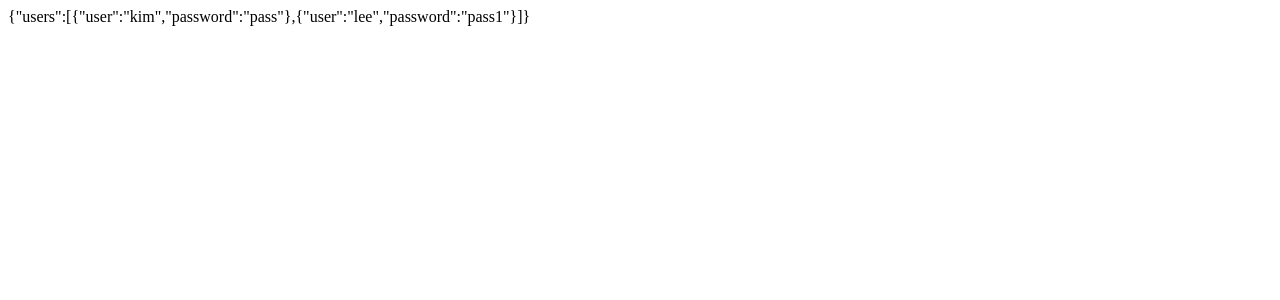
Repository: englibrary/ReadingBank
Page: http://localhost/UserAuthentification.php
The author's editor kept a copy of each file at every save. The page is drawn from the files as they stood at one save, then again after the next save.
The browser window is 1280 px wide. The pictures show the whole page.
The page is run by PHP 8.4 with error messages shown; the project is at /var/www/html/.

Above is the page before, as saved 2015-02-10 09:38:44.

### LoginHome/UserAuthentification.php
<?php

 //if($_GET){


		// $query = "SELECT first_name, last_name, gender, finish_time FROM runners order by finish_time ASC ";
		// $result = db_connection($query);

		$loginusers = array();

        array_push($loginusers, array('user' => 'kim', 'password' => 'pass'));
		array_push($loginusers, array('user' => 'lee', 'password' => 'pass1'));

		echo json_encode(array("users" => $loginusers));
		exit;

// }

?>

After the next save:
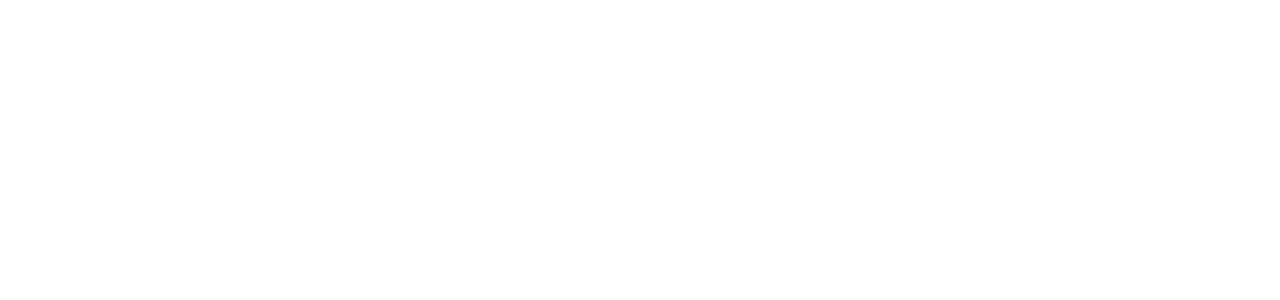
Saved 47 min 35 s later.
--- a/LoginHome/UserAuthentification.php
+++ b/LoginHome/UserAuthentification.php
@@ -1,6 +1,6 @@
 <?php
 
- //if($_GET){
+ if($_POST){
 
 
 		// $query = "SELECT first_name, last_name, gender, finish_time FROM runners order by finish_time ASC ";
@@ -14,6 +14,6 @@
 		echo json_encode(array("users" => $loginusers));
 		exit;
 
-// }
+}
 
 ?>

After the 2 saves that followed:
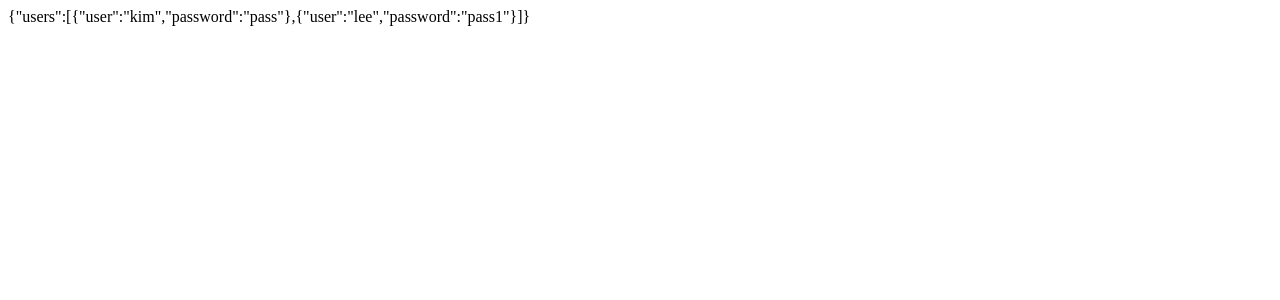
The 2 saves are shown as one change because 1 left the picture as it was.
The last was saved 2 min 3 s later.
--- a/LoginHome/UserAuthentification.php
+++ b/LoginHome/UserAuthentification.php
@@ -1,6 +1,6 @@
 <?php
 
- if($_POST){
+//if($_GET){
 
 
 		// $query = "SELECT first_name, last_name, gender, finish_time FROM runners order by finish_time ASC ";
@@ -14,6 +14,6 @@
 		echo json_encode(array("users" => $loginusers));
 		exit;
 
-}
+//}
 
 ?>
